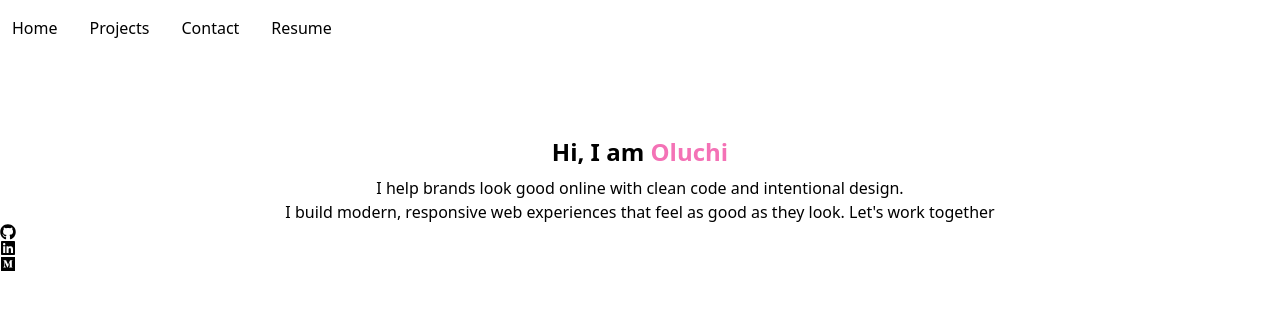
Repository: ooluchi/portfolio_
Page: / (app in my-react-app/)
The author's editor kept a copy of each file at every save. The page is drawn from the files as they stood at one save, then again after the next save.
The browser window is 1280 px wide. The pictures show the whole page.
The project was rebuilt for these pictures with package versions that can differ from the ones it lists, and the page was loaded fresh each time. Also part of the build but not shown: my-react-app/vite.config.ts.

Above is the page before, as saved 2025-11-20 11:57:24.

After the next save:
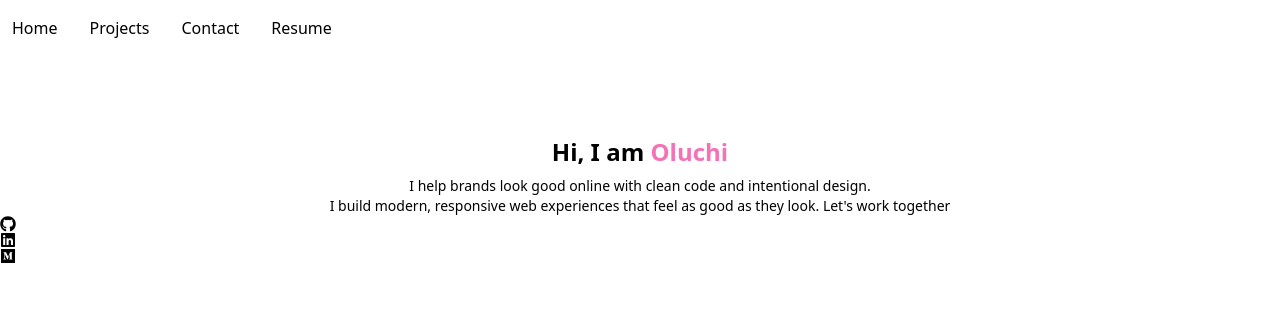
Saved 4 s later.
--- a/my-react-app/src/components/Home.tsx
+++ b/my-react-app/src/components/Home.tsx
@@ -9,7 +9,7 @@ export default function Home() {
 
       <div className="text-center ">
         <h1 className="font-semibold mt-20 text-2xl">Hi, I am <span className="text-pink-400">Oluchi</span></h1>
-        <div className="mt-2 ">
+        <div className="mt-2 text-sm">
           <p>I help brands look good online with clean code and intentional design.</p>
         <p>I build modern, responsive web experiences that feel as good as they look. Let's work together</p>
         </div>
